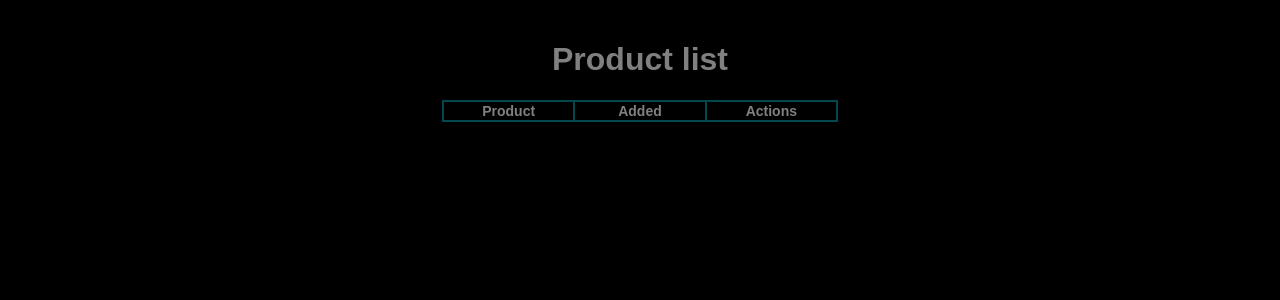
Repository: chaimakr/lab3-microservices-architecture
Page: http://localhost/
An editor plug-in stored every save of this project. The page is shown before and after the next save, followed by the edit.
The browser window is 1280 px wide. The pictures show the whole page.
The page is served by the project's application, run on Flask 3 (UI/app.py).

Above is the page before, as saved 2022-05-29 14:04:26.

After the next save:
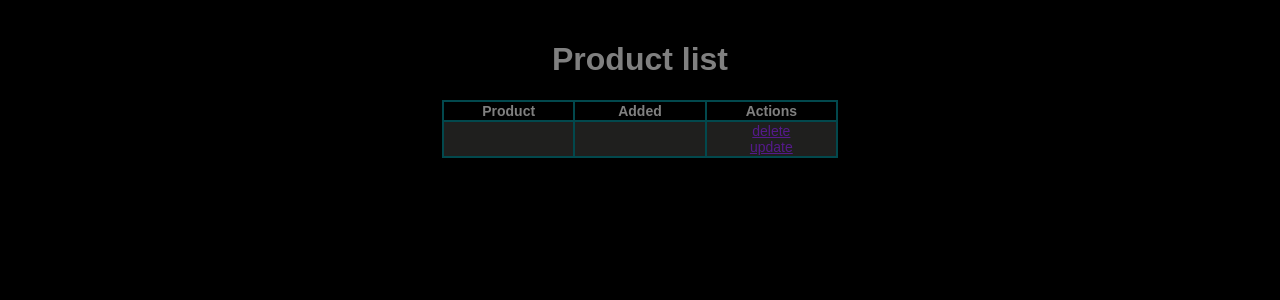
Saved 76 s later.
--- a/UI/templates/index.html
+++ b/UI/templates/index.html
@@ -12,6 +12,15 @@
             <th>Added</th>
             <th>Actions</th>
         </tr>
+        <tr>
+            <td></td>
+            <td></td>
+            <td>
+                <a href="">delete</a>
+                <br>
+                <a href="">update</a>
+            </td>
+        </tr>
     </table>
 </div>
 {% endblock %}
